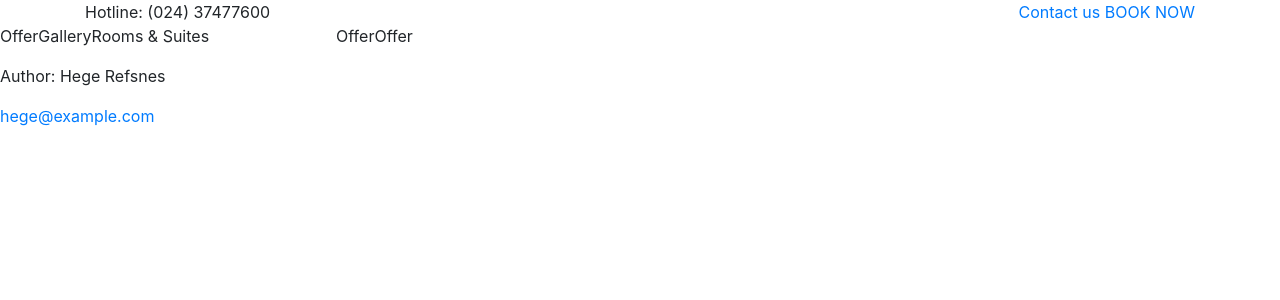
Repository: heishung/project-booking
Page: index.html
The author's editor kept a copy of each file at every save. The page is drawn from the files as they stood at one save, then again after the next save.
The browser window is 1280 px wide. The pictures show the whole page.
The style sheet was rebuilt from its Sass, Less or Tailwind sources for each picture, by a compiler version that may differ from the author's.

Above is the page before, as saved 2020-11-19 23:11:09.
Console error (its wording comes from the project's code and is left out).

After the next save:
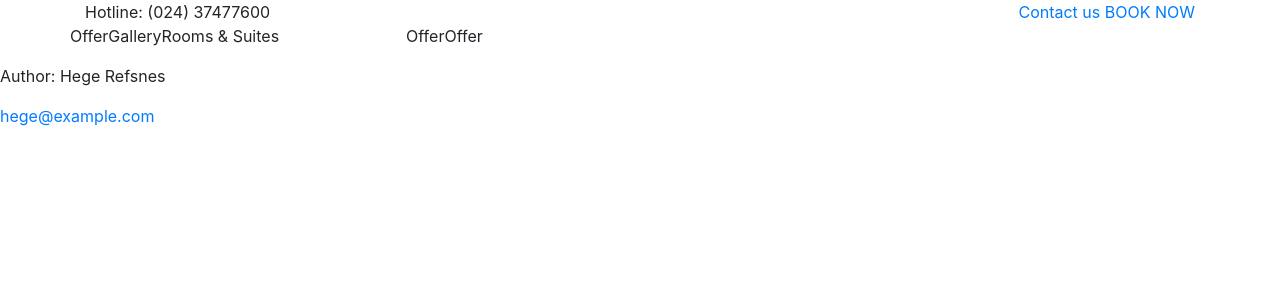
Saved 34 s later.
--- a/index.html
+++ b/index.html
@@ -19,7 +19,7 @@
         </div>
         <div class="banner">
             <div class="menu">
-                <ul class="nav">
+                <ul class="nav container">
                     <li>Offer</li>
                     <li>Gallery</li>
                     <li>Rooms & Suites</li>
